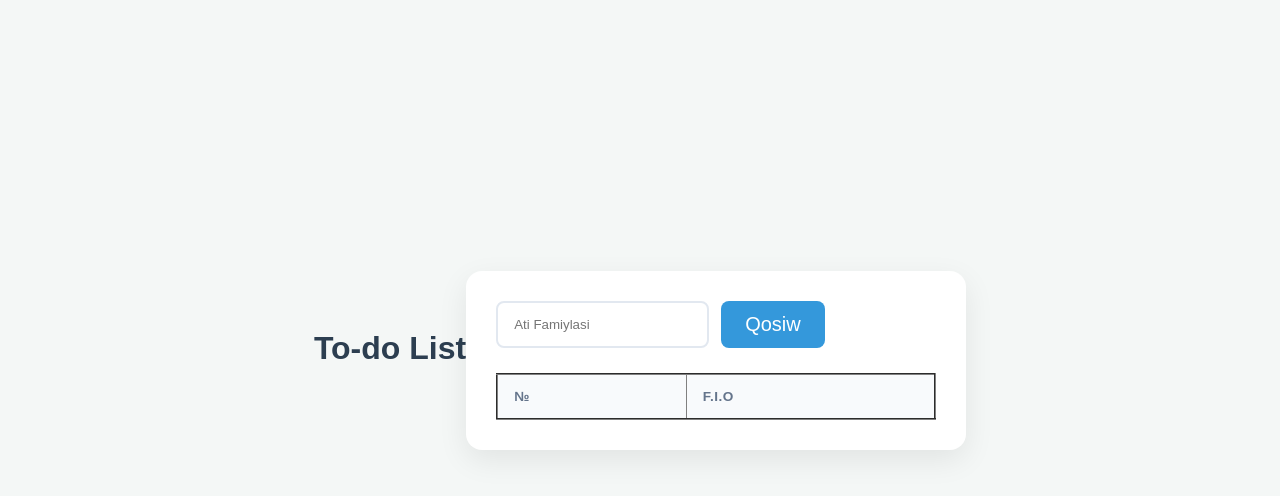
Repository: atamuratov777/my-to-do-list
Page: index.html
The author's editor kept a copy of each file at every save. The page is drawn from the files as they stood at one save, then again after a run of saves.
The browser window is 1280 px wide. The pictures show the whole page.

Above is the page before, as saved 2026-06-18 14:15:26.

After the next 2 saves:
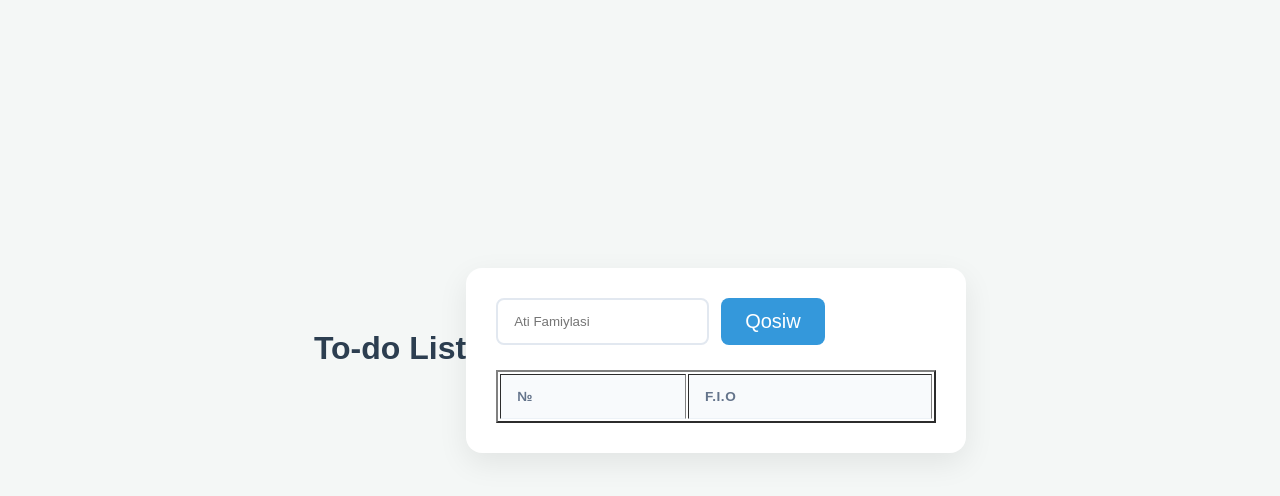
The 2 saves are shown as one change because they came seconds apart.
The last was saved 15 s later.
--- a/style.css
+++ b/style.css
@@ -72,10 +72,10 @@ button:hover {
 
 
 
-/* Таблица */
+
 table {
     width: 100%;
-    border-collapse: collapse;
+
     margin-top: 10px;
     text-align: left;
 }
